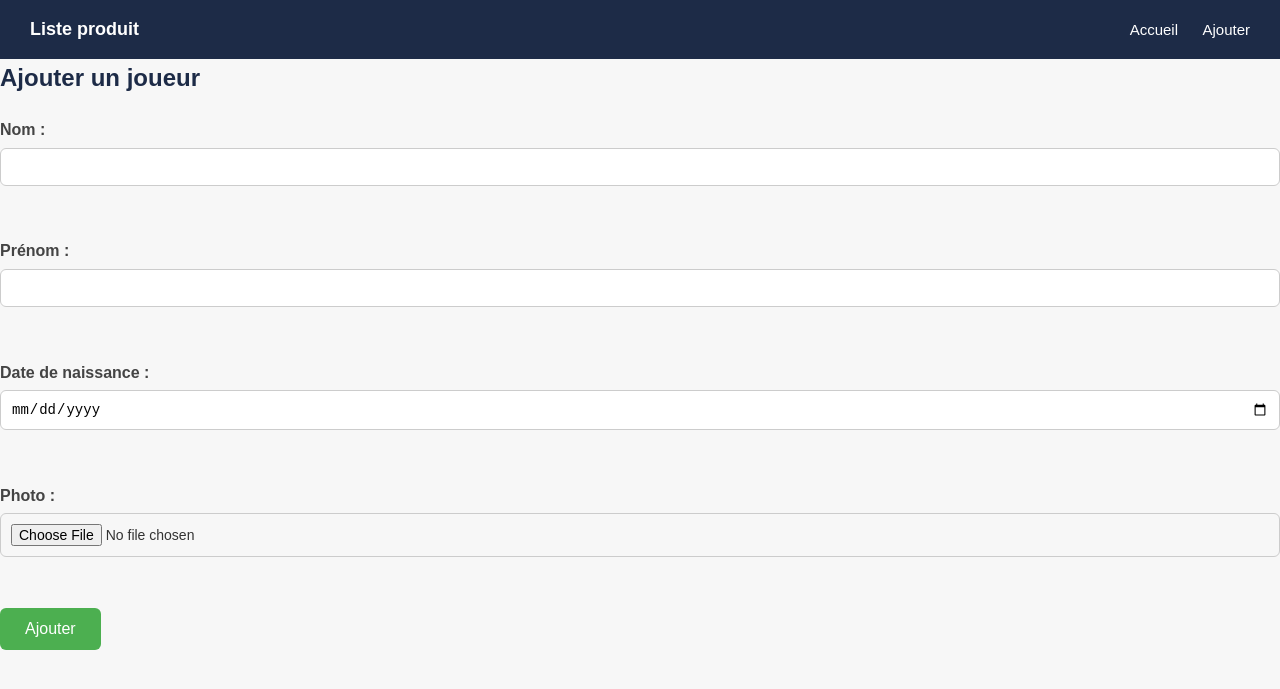
Repository: Valentin-Godard/Foot-2-Club
Page: http://localhost/ajouterUnJoueur.php
An editor plug-in stored every save of this project. The page is shown before and after the next save, followed by the edit.
The browser window is 1280 px wide. The pictures show the whole page.
The page is run by PHP 8.4 with error messages shown; the project is at /var/www/html/.

Above is the page before, as saved 2025-09-29 09:01:44.

After the next save:
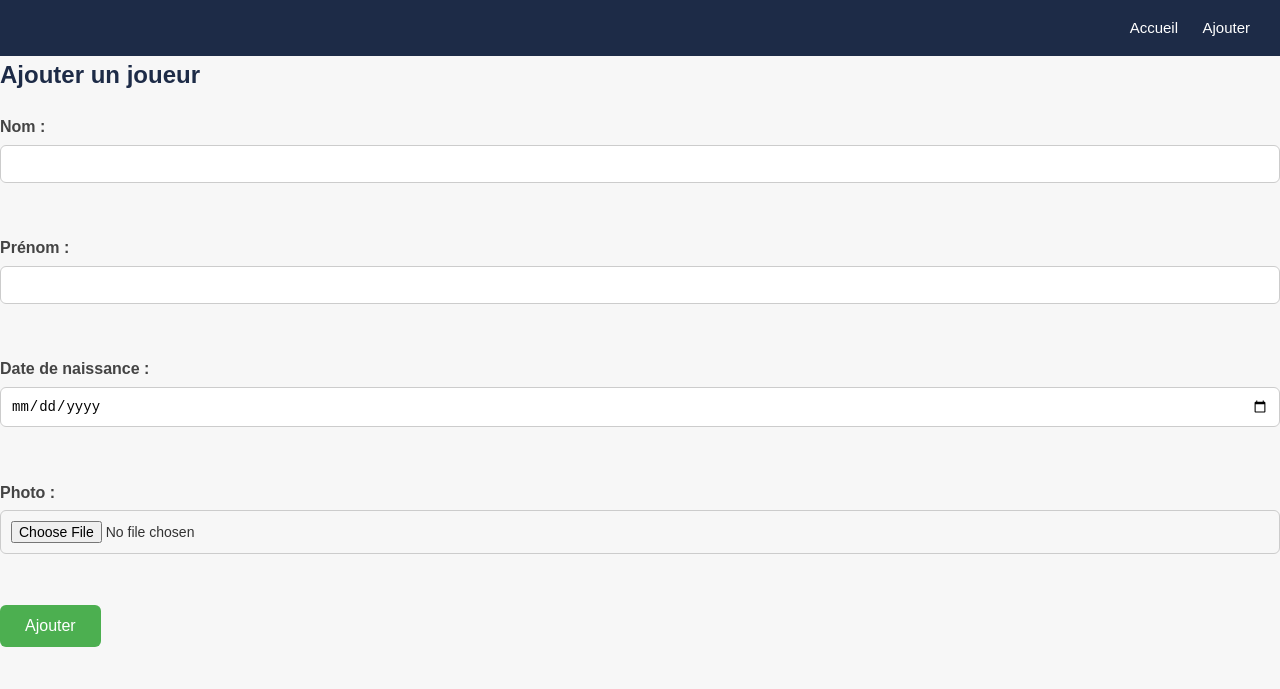
Saved 58 s later.
--- a/includes/header.php
+++ b/includes/header.php
@@ -8,7 +8,7 @@
 <body>
 
 <header>
-    <div><strong>Liste produit</strong></div>
+    <div><strong></strong></div>
     <nav>
         <a href="index.php">Accueil</a>
         <a href="newProduit.php">Ajouter</a>

After the 4 saves that followed:
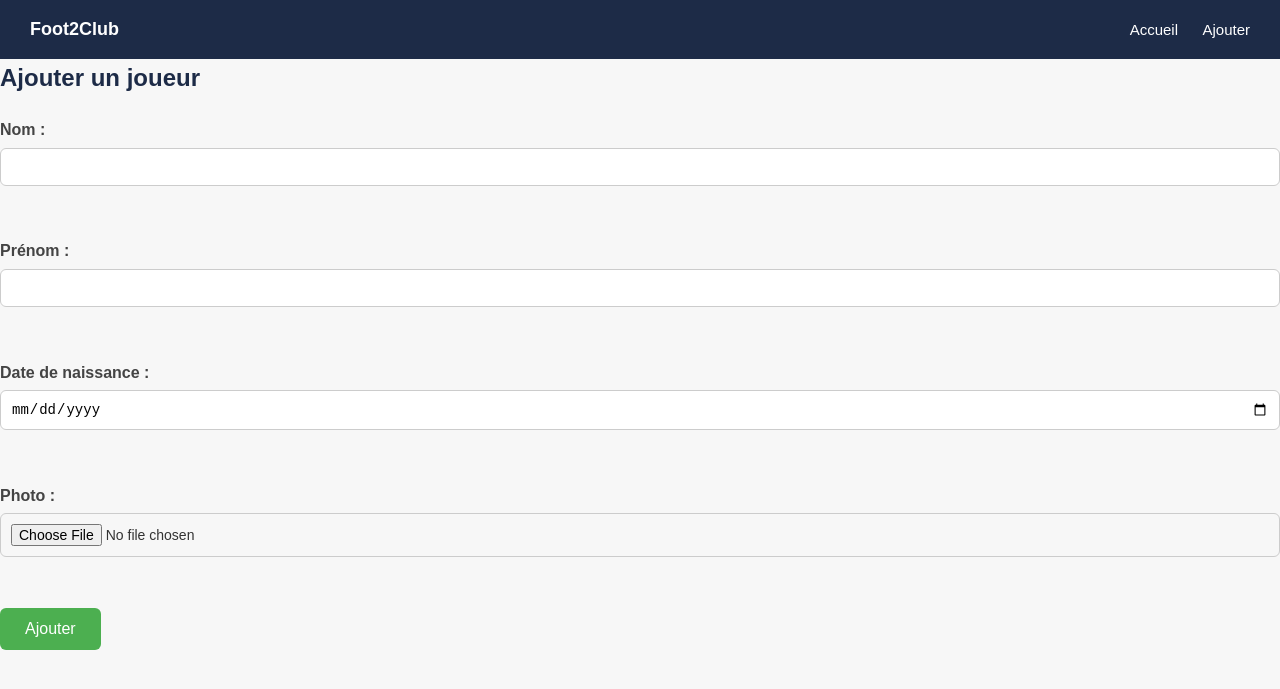
The 4 saves are shown as one change because they came seconds apart.
The last was saved 10 s later.
--- a/includes/header.php
+++ b/includes/header.php
@@ -8,7 +8,7 @@
 <body>
 
 <header>
-    <div><strong></strong></div>
+    <div><strong>Foot2Club</strong></div>
     <nav>
         <a href="index.php">Accueil</a>
         <a href="newProduit.php">Ajouter</a>
